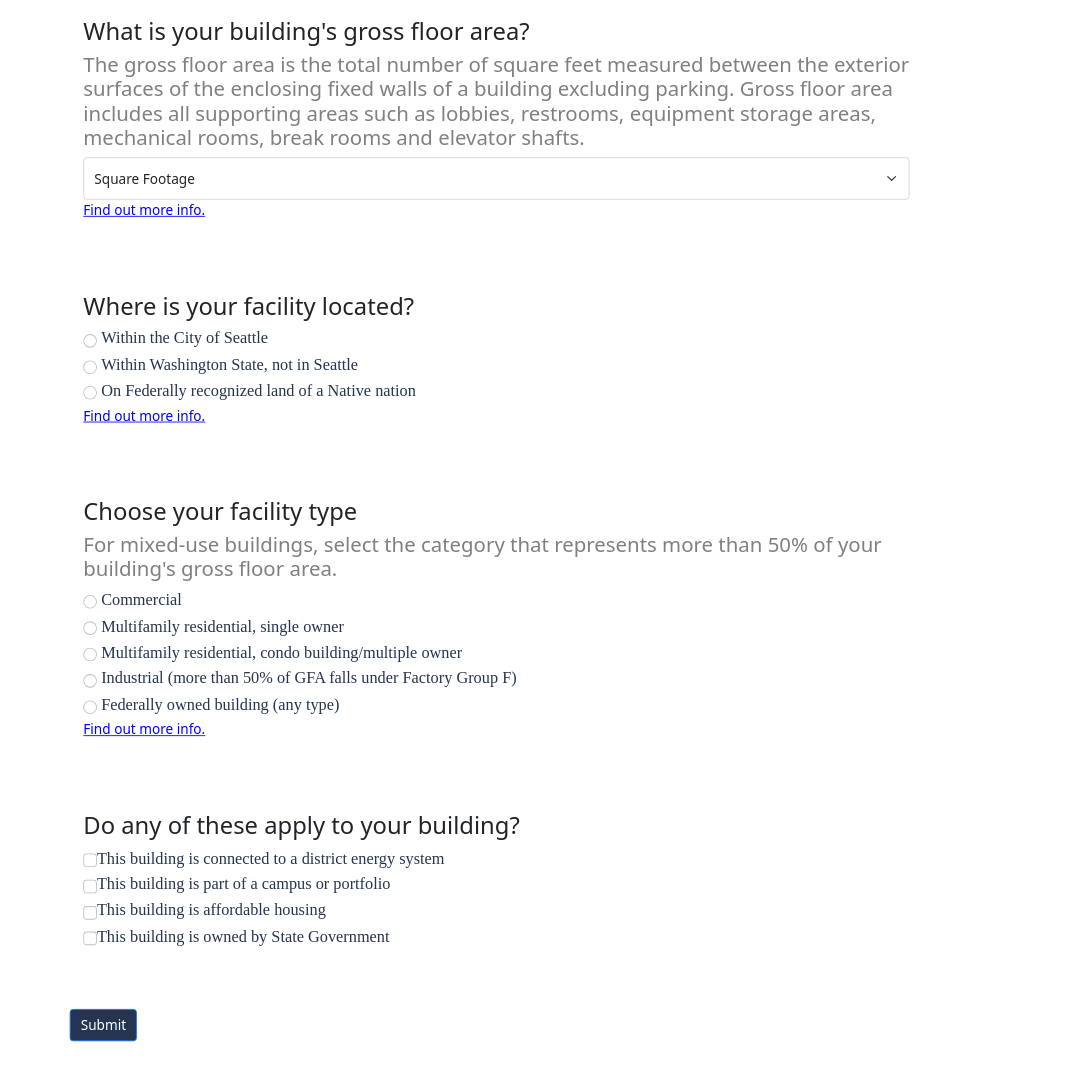
Repository: ChaidGPT/SershonSystemsQuiz
Page: index.html
The author's editor kept a copy of each file at every save. The page is drawn from the files as they stood at one save, then again after the next save.
The browser window is 1280 px wide. The pictures show the whole page, at 85% of full size.

Above is the page before, as saved 2023-07-19 08:46:43.

After the next save:
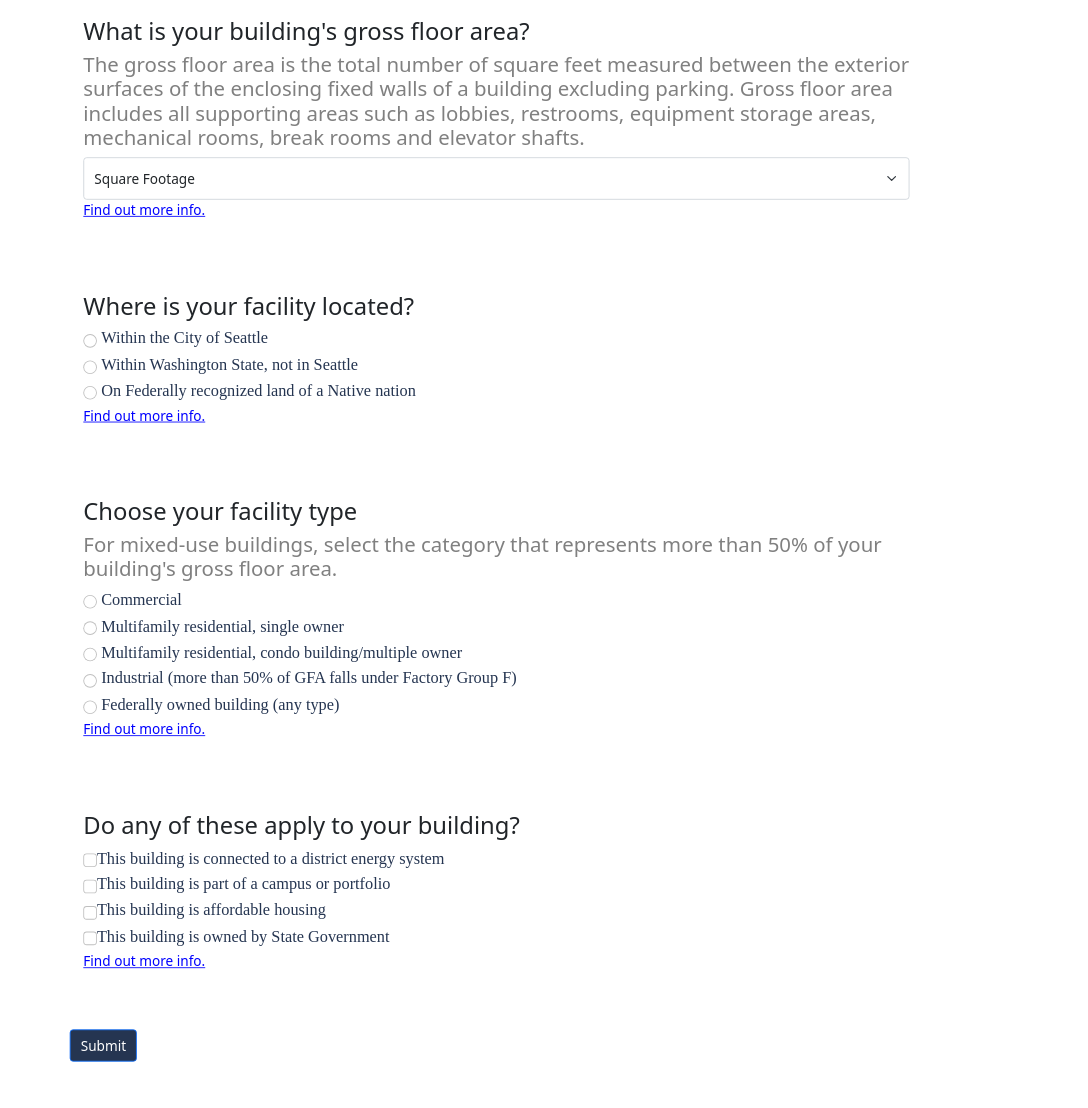
Saved 10 min 35 s later.
--- a/index.html
+++ b/index.html
@@ -179,10 +179,10 @@
           <input type="checkbox" id="stateGovernment" name="buildingFeatures" value="stateGovernment" class="form-check-input">
           <label for="stateGovernment" class="form-check-label">This building is owned by State Government</label>
       </div>
+      <a href="" target="_blank" class="info-link">Find out more info.</a>
   </div>
 </div>
 <!-- Question 4 Card End -->
-
 		<br>
         <br>
 		<button id="submitBtn" type="submit" class="btn btn-primary">Submit</button>
@@ -432,7 +432,7 @@
     return;
   }
 
-  var combination = DD + '-' + R1 + '-' + R2 + '_' + buildingFeatures.Join(',');
+  var combination = DD + '-' + R1 + '-' + R2 + '_' + buildingFeatures.join(',');
 
   // Check if the combination contains specific values
   if (R1 === 'native' || R2 === 'federal' || R2 === 'industrial' || DD === 'under20k') {
@@ -440,6 +440,35 @@
   } else {
     // Retrieve the message from the message table using the combination key
     var message = messageTable[combination] || 'Default message';
+
+    // Additional message for WA Clean Buildings Performance Standard
+    var waCleanBuildingsMessage = '';
+    if (buildingFeatures.includes('districtEnergy') && !buildingFeatures.includes('stateGovernment')) {
+      waCleanBuildingsMessage += '<p>Buildings connected to district energy systems may use the alternative compliance pathway for district energy decarbonization plans. Plan development must begin by June 30th, 2024, and a final plan must be submitted to the Department of Commerce by June 30, 2025. To learn more, see Sershon Systems’ District Energy Systems blog post.</p>';
+    }
+
+    if (buildingFeatures.includes('districtEnergy') && buildingFeatures.includes('stateGovernment')) {
+      waCleanBuildingsMessage = '<p>State-owned district energy systems must follow the alternative compliance pathway for district energy systems. Plan development must begin by June 30th, 2024, and a final plan must be submitted to the Department of Commerce by June 30, 2025. To learn more, see Sershon Systems’ District Energy Systems blog post.</p>';
+    }
+
+    // Additional message for Seattle Building Emissions Performance Standard
+    var sbepsMessage = '';
+    if (buildingFeatures.includes('campusPortfolio')) {
+      sbepsMessage += '<p>Building owners with a campus or portfolio of buildings may use an aggregate GHGI for compliance. Deadlines for buildings that comply as part of a campus or portfolio GHGI are:</p>' +
+                      '<ul>' +
+                          '<li>Oct 1st, 2028: reporting deadline</li>' +
+                          '<li>Oct 1st, 2033: compliance deadline</li>' +
+                          '<li>Every 5 years, achieving net zero emissions by Oct 1st, 2048</li>' +
+                      '</ul>';
+    }
+
+    if (buildingFeatures.includes('affordableHousing')) {
+      sbepsMessage += '<p>Low-income housing may receive an extension from meeting the GHGIT in the 2031 – 2035 compliance cycle and may qualify for an additional extension.</p>';
+    }
+
+    // Append additional messages based on building features checkboxes
+    message += waCleanBuildingsMessage;
+    message += sbepsMessage;
   }
 
   // Hide the quiz container with fade animation
@@ -459,32 +488,6 @@
     resultContainer.classList.add('show');
   }, 1000); // Adjust the delay (in milliseconds) to match the animation duration
 });
-
-document.querySelector("#goBackBtn").addEventListener("click", function(event) {
-  event.preventDefault();
-
-  // Set the scroll query parameter to true in the URL
-  var url = new URL(window.location.href);
-  url.searchParams.set("scroll", "true");
-  window.location.href = url.toString();
-});
-
-window.onload = function() {
-  // Check if the scroll query parameter is set to true
-  var urlParams = new URLSearchParams(window.location.search);
-  var shouldScroll = urlParams.get("scroll");
-
-  if (shouldScroll === "true") {
-    // Scroll down by 600 pixels with a smooth scrolling animation
-    setTimeout(function() {
-      window.scrollTo({ top: 600, behavior: 'smooth' });
-    }, 0);
-  }
-};
-
-
 </script>
-
 </body>
-
 </html>
